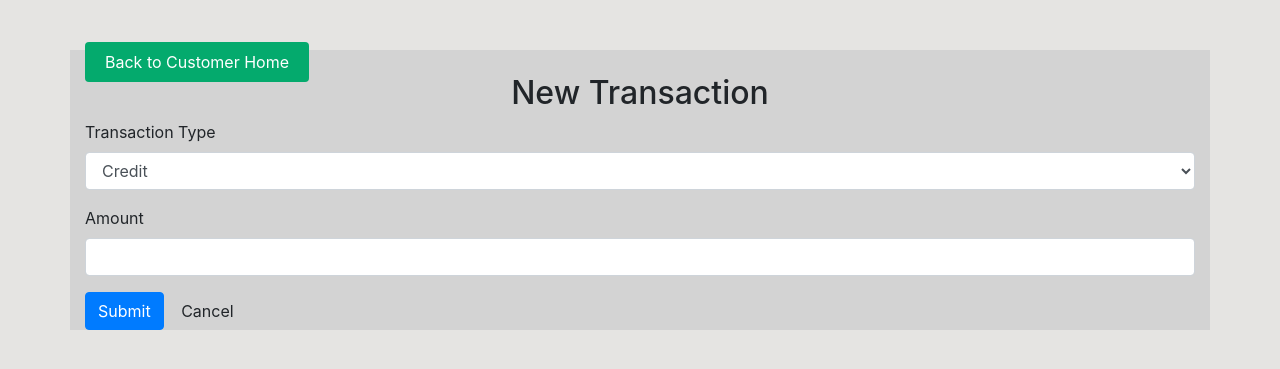
Repository: SuyashAwasthy/Javaee
Page: http://localhost/13-bank-application-mvc/newTransaction.jsp
These files come from the project's save history. The page is drawn as it stood at one moment and after the next save; the edit follows.
The browser window is 1280 px wide. The pictures show the whole page.
Some web libraries are served in a nearby version. The page is served by Tomcat 9. Other server files are loaded and not shown.

Above is the page before, as saved 2024-07-22 16:13:36.

### 13-bank-application-mvc/WebContent/newTransaction.jsp
<%@ page language="java" contentType="text/html; charset=UTF-8"
    pageEncoding="UTF-8"%>
<!DOCTYPE html>
<html lang="en">
<head>
    <meta charset="UTF-8">
    <meta name="viewport" content="width=device-width, initial-scale=1.0">
    <title>New Transaction</title>
    <link rel="stylesheet" href="https://stackpath.bootstrapcdn.com/bootstrap/4.5.2/css/bootstrap.min.css">
    <link rel="stylesheet" href="css/styles.css">
<style>
.container {
	margin-top: 50px;
}

.table {
	margin-top: 20px;
}
</style>
</head>
<body>
    <div class="container">
        <a href="user" class="button">Back to Customer Home</a>

        <h2 class="text-center">New Transaction</h2>

        <form action="user" method="get">
            <input type="hidden" name="command" value="new_transaction">
            <div class="form-group">
                <label for="transactionType">Transaction Type</label>
                <select class="form-control" id="transactionType" name="transactionType" required>
                    <option value="credit">Credit</option>
                    <option value="debit">Debit</option>
                    <option value="transfer">Transfer</option>
                </select>
            </div>
            <div id="toAccountGroup" class="form-group" style="display: none;">
                <label for="to_account_number">To Account Number</label>
                <input type="text" class="form-control" id="to_account_number" name="to_account_number">
            </div>
            <div class="form-group">
                <label for="amount">Amount</label>
                <input type="number" class="form-control" id="amount" name="amount" required>
            </div>

            <button type="submit" class="btn btn-primary">Submit</button>
            <button type="button" class="btn btn-cancel" onclick="window.location.href='customerHome.jsp'">Cancel</button>
        </form>
    </div>

    <script>
        document.getElementById('transactionType').addEventListener('change', function () {
            var toAccountGroup = document.getElementById('toAccountGroup');
            if (this.value === 'transfer') {
                toAccountGroup.style.display = 'block';
            } else {
                toAccountGroup.style.display = 'none';
            }
        });
    </script>

    <script src="https://code.jquery.com/jquery-3.5.1.slim.min.js"></script>
    <script src="https://cdn.jsdelivr.net/npm/@popperjs/core@2.5.4/dist/umd/popper.min.js"></script>
    <script src="https://stackpath.bootstrapcdn.com/bootstrap/4.5.2/js/bootstrap.min.js"></script>
</body>
</html>

### 13-bank-application-mvc/WebContent/css/styles.css
body {
    background-color: #E5E4E2;
}


.container {
    background-color: #D3D3D3;
}

.button {
	margin-top: 10px;
  	padding: 10px 20px;
    background-color: #04AA6D;
    color: white;
    border: none;
    border-radius: 4px;
    font-size: 16px;
    cursor: pointer;
    transition: background-color 0.3s ease;

}

.button:hover {
    background-color: #45a049;
}

.date-form {
    margin-bottom: 20px;
    justify-content: center;
    align-items: center;
    display: flex;
}

.date-form label {
    margin-right: 10px;
    font-weight: bold;
    color: #333;
}

.date-form input[type="date"] {
    margin-right: 10px;
    padding: 5px;
    border-radius: 4px;
    border: 1px solid #ccc;
}

.date-form .btn {
    padding: 10px 20px;
    background-color: #04AA6D;
    color: white;
    border: none;
    border-radius: 4px;
    font-size: 16px;
    cursor: pointer;
    transition: background-color 0.3s ease;
}

.date-form .btn:hover {
    background-color: #45a049;
}

.search-form {
    margin-bottom: 20px;
    display: flex;
    justify-content: center;
    align-items: center;
}

.search-form label {
    margin-right: 10px;
    font-weight: bold;
    color: #333;
}

.search-form select,
.search-form input[type="text"] {
    margin-right: 10px;
    padding: 5px;
    border-radius: 4px;
    border: 1px solid #ccc;
    font-size: 14px;
    width: 200px;
}

.search-form .btn {
    padding: 10px 20px;
    background-color: #04AA6D;
    color: white;
    border: none;
    border-radius: 4px;
    font-size: 16px;
    cursor: pointer;
    transition: background-color 0.3s ease;
}

.search-form .btn:hover {
    background-color: #45a049;
}

After the next save:
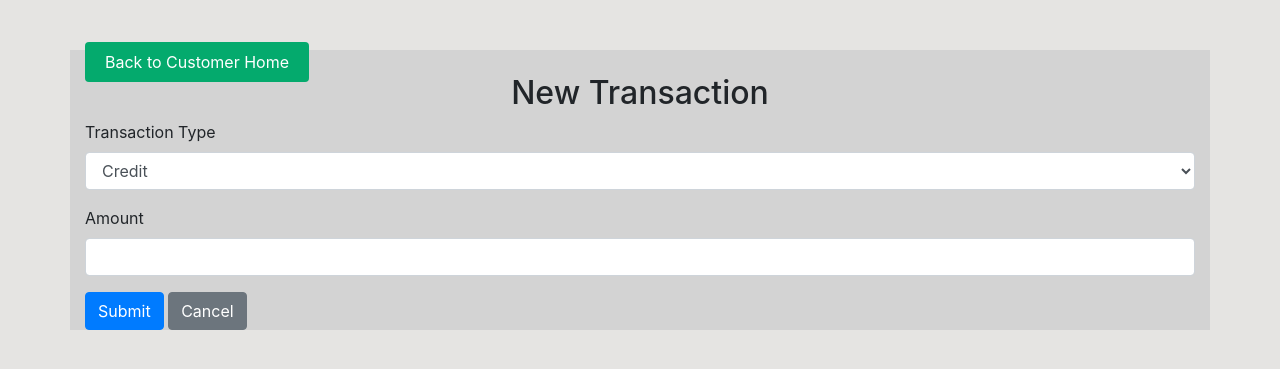
Saved 4 min 51 s later.
--- a/13-bank-application-mvc/WebContent/newTransaction.jsp
+++ b/13-bank-application-mvc/WebContent/newTransaction.jsp
@@ -1,13 +1,14 @@
 <%@ page language="java" contentType="text/html; charset=UTF-8"
-    pageEncoding="UTF-8"%>
+	pageEncoding="UTF-8"%>
 <!DOCTYPE html>
 <html lang="en">
 <head>
-    <meta charset="UTF-8">
-    <meta name="viewport" content="width=device-width, initial-scale=1.0">
-    <title>New Transaction</title>
-    <link rel="stylesheet" href="https://stackpath.bootstrapcdn.com/bootstrap/4.5.2/css/bootstrap.min.css">
-    <link rel="stylesheet" href="css/styles.css">
+<meta charset="UTF-8">
+<meta name="viewport" content="width=device-width, initial-scale=1.0">
+<title>New Transaction</title>
+<link rel="stylesheet"
+	href="https://stackpath.bootstrapcdn.com/bootstrap/4.5.2/css/bootstrap.min.css">
+<link rel="stylesheet" href="css/styles.css">
 <style>
 .container {
 	margin-top: 50px;
@@ -19,48 +20,55 @@
 </style>
 </head>
 <body>
-    <div class="container">
-        <a href="user" class="button">Back to Customer Home</a>
+	<div class="container">
+		<a href="user" class="button">Back to Customer Home</a>
 
-        <h2 class="text-center">New Transaction</h2>
+		<h2 class="text-center">New Transaction</h2>
 
-        <form action="user" method="get">
-            <input type="hidden" name="command" value="new_transaction">
-            <div class="form-group">
-                <label for="transactionType">Transaction Type</label>
-                <select class="form-control" id="transactionType" name="transactionType" required>
-                    <option value="credit">Credit</option>
-                    <option value="debit">Debit</option>
-                    <option value="transfer">Transfer</option>
-                </select>
-            </div>
-            <div id="toAccountGroup" class="form-group" style="display: none;">
-                <label for="to_account_number">To Account Number</label>
-                <input type="text" class="form-control" id="to_account_number" name="to_account_number">
-            </div>
-            <div class="form-group">
-                <label for="amount">Amount</label>
-                <input type="number" class="form-control" id="amount" name="amount" required>
-            </div>
+		<form action="user" method="get">
+			<input type="hidden" name="command" value="new_transaction">
+			<div class="form-group">
+				<label for="transactionType">Transaction Type</label> <select
+					class="form-control" id="transactionType" name="transactionType"
+					required>
+					<option value="credit">Credit</option>
+					<option value="debit">Debit</option>
+					<option value="transfer">Transfer</option>
+				</select>
+			</div>
+			<div id="toAccountGroup" class="form-group" style="display: none;">
+				<label for="to_account_number">To Account Number</label> <input
+					type="text" class="form-control" id="to_account_number"
+					name="to_account_number">
+			</div>
+			<div class="form-group">
+				<label for="amount">Amount</label> <input type="number"
+					class="form-control" id="amount" name="amount" required>
+			</div>
 
-            <button type="submit" class="btn btn-primary">Submit</button>
-            <button type="button" class="btn btn-cancel" onclick="window.location.href='customerHome.jsp'">Cancel</button>
-        </form>
-    </div>
+			<button type="submit" class="btn btn-primary">Submit</button>
+			<button type="reset" class="btn btn-secondary">Cancel</button>
+		</form>
+	</div>
 
-    <script>
-        document.getElementById('transactionType').addEventListener('change', function () {
-            var toAccountGroup = document.getElementById('toAccountGroup');
-            if (this.value === 'transfer') {
-                toAccountGroup.style.display = 'block';
-            } else {
-                toAccountGroup.style.display = 'none';
-            }
-        });
-    </script>
+	<script>
+		document.getElementById('transactionType').addEventListener(
+				'change',
+				function() {
+					var toAccountGroup = document
+							.getElementById('toAccountGroup');
+					if (this.value === 'transfer') {
+						toAccountGroup.style.display = 'block';
+					} else {
+						toAccountGroup.style.display = 'none';
+					}
+				});
+	</script>
 
-    <script src="https://code.jquery.com/jquery-3.5.1.slim.min.js"></script>
-    <script src="https://cdn.jsdelivr.net/npm/@popperjs/core@2.5.4/dist/umd/popper.min.js"></script>
-    <script src="https://stackpath.bootstrapcdn.com/bootstrap/4.5.2/js/bootstrap.min.js"></script>
+	<script src="https://code.jquery.com/jquery-3.5.1.slim.min.js"></script>
+	<script
+		src="https://cdn.jsdelivr.net/npm/@popperjs/core@2.5.4/dist/umd/popper.min.js"></script>
+	<script
+		src="https://stackpath.bootstrapcdn.com/bootstrap/4.5.2/js/bootstrap.min.js"></script>
 </body>
 </html>
